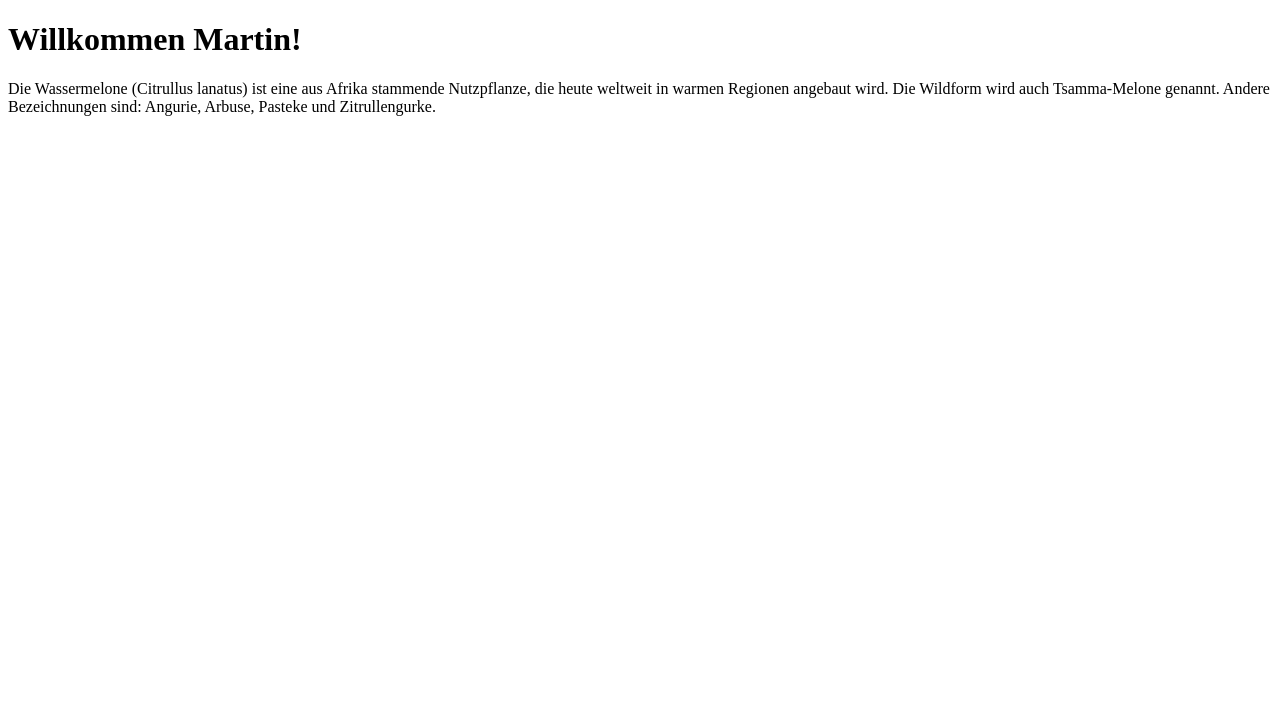
Repository: martinschatz/LoginPage
Page: INFI-Holz/Beispiel1/WebContent/Welcome.html
The author's editor kept a copy of each file at every save. The page is drawn from the files as they stood at one save, then again after the next save.
The browser window is 1280 px wide. The pictures show the whole page.

Above is the page before, as saved 2018-09-26 11:56:29.

After the next save:
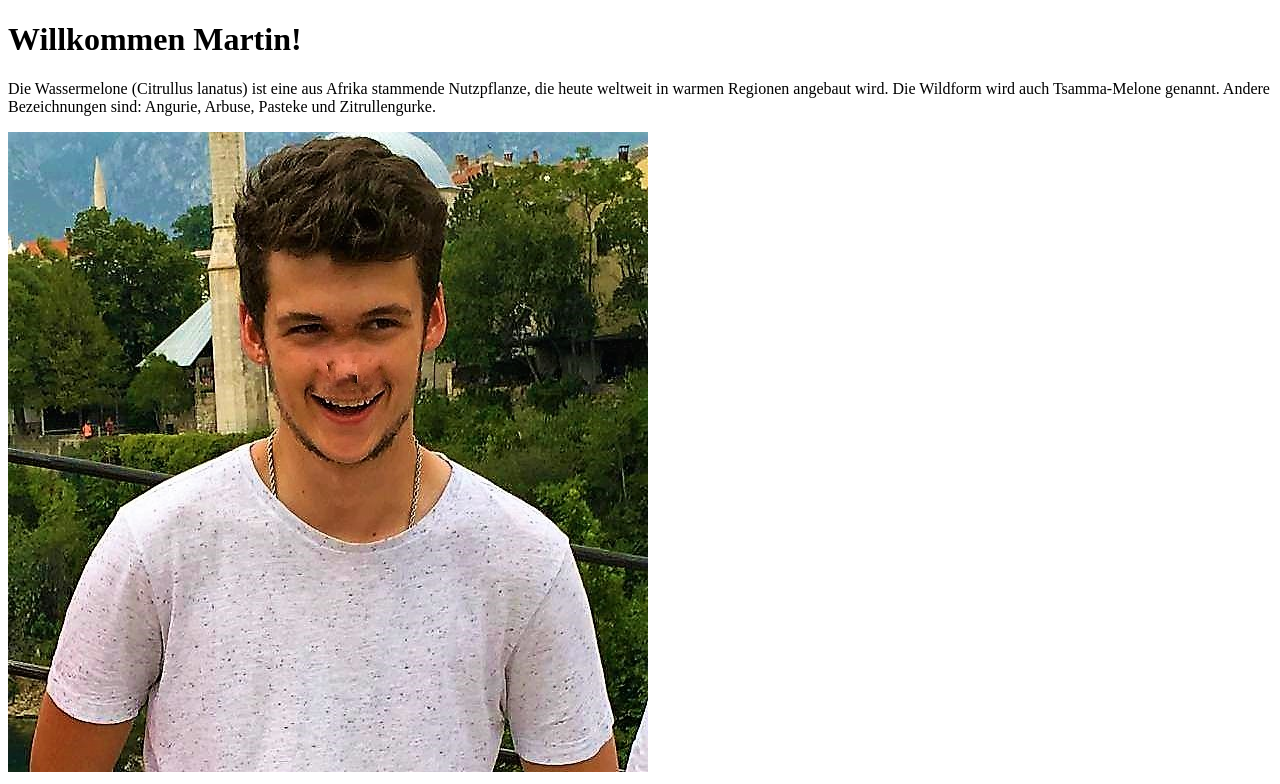
Saved 6 min 7 s later.
--- a/INFI-Holz/Beispiel1/WebContent/Welcome.html
+++ b/INFI-Holz/Beispiel1/WebContent/Welcome.html
@@ -7,5 +7,6 @@
 <body>
 <h1>Willkommen Martin!</h1>
 <p>Die Wassermelone (Citrullus lanatus) ist eine aus Afrika stammende Nutzpflanze, die heute weltweit in warmen Regionen angebaut wird. Die Wildform wird auch Tsamma-Melone genannt. Andere Bezeichnungen sind: Angurie, Arbuse, Pasteke und Zitrullengurke.</p>
+<img src = /armin.jpg />
 </body>
 </html>
